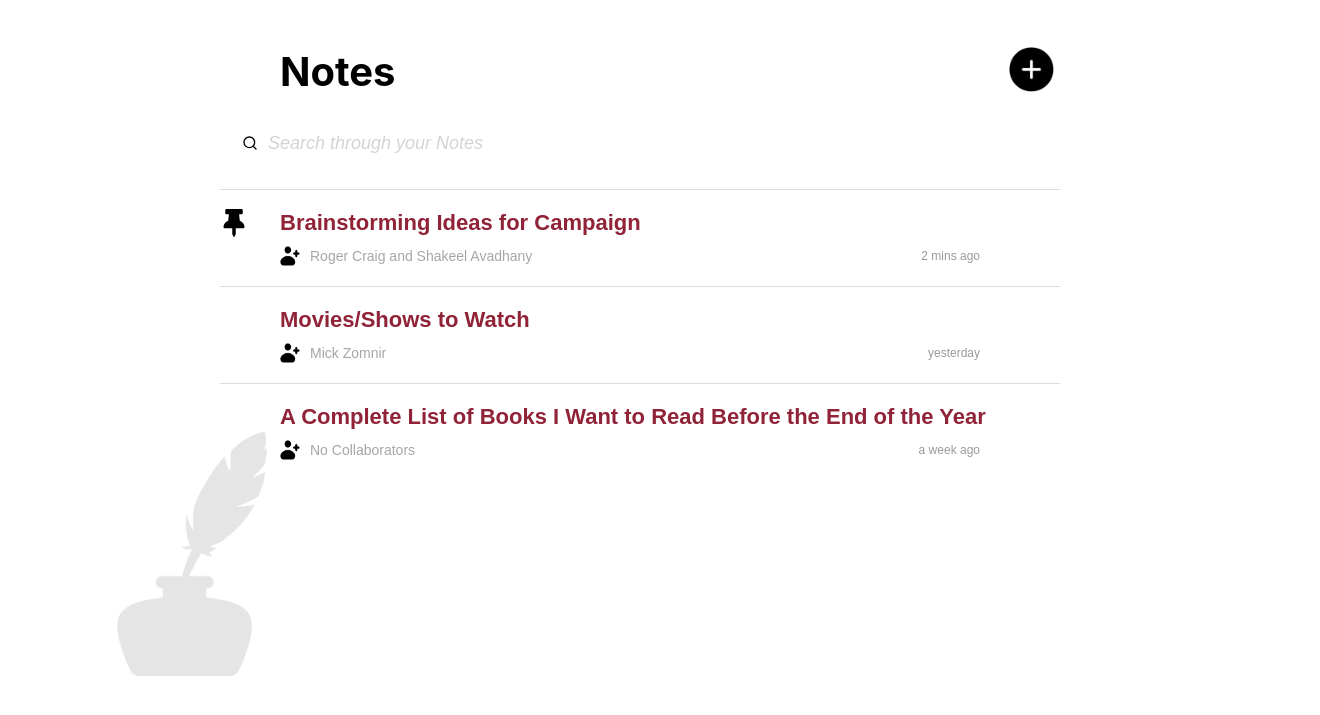
Repository: shabiasaeed/Notes-app
Page: /
An editor plug-in stored every save of this project. The page is shown before and after the next save, followed by the edit.
The browser window is 1280 px wide. The page is 1320 px wide, so the pictures cover 1320 px, including what lies to the right of the window. The pictures show the whole page.
The project was rebuilt for these pictures with package versions that can differ from the ones it lists, and the page was loaded fresh each time.

Above is the page before, as saved 2024-12-31 01:01:23.

### src/App.js
import React, { useState } from 'react';
import Header from './components/Header';
import Note from './components/Note';
import './App.css';
import backgroundInk from './assets/ink-background-element.png';
import { FaThumbtack } from 'react-icons/fa'

//Component to handle the rendering of the header and note compnents
function App() {
  // Displaying few static notes
  const [notes, notesList] = useState([
    {
      title: "Brainstorming Ideas for Campaign",
      author: "Roger Craig and Shakeel Avadhany",
      time: "2 mins ago",
      pinned: true
    },
    {
      title: "Movies/Shows to Watch",
      author: "Mick Zomnir",
      time: "yesterday",
      pinned: false
    },
    {
      title: "A Complete List of Books I Want to Read Before the End of the Year",
      author: "No Collaborators",
      time: "a week ago",
      pinned: false
    }
  ]);

  function handleDelete(title){
    notesList(notes.filter( note => note.title !== title))
  }

  function handlePinToggle(title){
    notesList(prevNotes => prevNotes.map(note => note.title === title ? { ...note, pinned: !note.pinned } : note));
  };

  // Search state
  const [searchNotes, setSearchNotes] = useState('');

  // Filter notes based on search
  const filteredNotes = notes.filter(note => note.title.toLowerCase().includes(searchNotes.toLowerCase()));

  // Pinned notes to appear at the top
  const sortedNotes = filteredNotes.sort((a, b) => b.pinned - a.pinned);

  return (
    <div className="App">
      <Header setSearchNotes={setSearchNotes}/>
      <main>
        <img src={backgroundInk} alt="Ink Element" className="ink-element"/>
        {sortedNotes.map((note, index) => (
          <Note key={index} title={note.title} author={note.author} time={note.time} pinned={note.pinned} onDelete={handleDelete} onPinToggle={handlePinToggle}/>
        ))}
      </main>
    </div>
  );
}

export default App;

### src/components/Header.js
import React from 'react';
import './Header.css';
import addButton from '../assets/add-button.png';
import { FiSearch } from 'react-icons/fi';

// Component to handle the display of the application's header section
const Header = ({ setSearchNotes }) => {
  return (
    <header className="header">
      <div className="header-top">
        <h1 className="title">Notes</h1>
        <button className="add-button">
          <img src={addButton} alt="Add"/>
        </button>
      </div>
      <div className="search-bar">
        <FiSearch className="search-icon" />
        <input type="text" placeholder="Search through your Notes" className="search-text" onChange={(e) => setSearchNotes(e.target.value)}/>
      </div>
    </header>
  );
};

export default Header;

### src/components/Note.js
import React, { useState } from 'react';
import './Note.css';
import userIcon from '../assets/user-icon.png';
import pinIconDark from '../assets/pin-icon-dark.png';
import pinIconLight from '../assets/pin-icon-light.png';
import { FiTrash } from 'react-icons/fi';
import { FaThumbtack } from 'react-icons/fa'; // Filled thumbtack
import { TbPinned } from 'react-icons/tb'; // Unfilled thumbtack

//Component to handle the display of the note's section
const Note = ({ title, author, time, pinned, onDelete, onPinToggle }) => {
  const [isHovered, setIsHovered] = useState(false); //State for checking whether the note is hovered


  return (
    <div className="note" onMouseEnter={() => setIsHovered(true)} onMouseLeave={() => setIsHovered(false)}>
      <div className={`note-header ${pinned ? 'pinned' : 'unpinned'}`}>
      {pinned ? (<FaThumbtack className="pin-icon" onClick={() => onPinToggle(title)}/>) : (isHovered && (<TbPinned className="pin-icon" onClick={() => onPinToggle(title)}/>))}
        <h2>{title}</h2>
        {isHovered && (<FiTrash className="delete-icon" onClick={() => onDelete(title)}/>)}
      </div>
      <div className="note-footer">
        <img src={userIcon} alt="User" className="user-icon"/>
        <p>{author}</p>
        <span>{time}</span>
      </div>
    </div>
  );
};

export default Note;

### src/App.css
main {
  padding: 5px;
  position: relative;
  display: flex;
  flex-direction: column;
  align-items: center;
  font-family: Arial, sans-serif;
}

/* Styling for background element */
.ink-element {
  position: fixed;
  top: 60%;
  left: 15%;
  transform: translateX(-50%);
  z-index: -1;
  width: 150px;
}

### src/components/Header.css
/* Styling for the header container */
.header {
    padding: 20px;
    background-color: #fff;
    width: 100%;
    display: flex;
    flex-direction: column;
    align-items: center;
}

.header-top {
    display: flex;
    align-items: center;
    justify-content: space-between;
    width: 100%;
    max-width: 800px;
}

.title {
    font-size: 40px;
    color: #000;
    padding-left: 20px;
}

/* Styling for the search feature */
.search-bar input::placeholder {
    color: #d3d3d3;
}

.search-bar {
    display: flex;
    align-items: center;
    width: 100%;
    justify-content: center;
}

.search-bar img {
    margin-right: 10px;
}

.search-bar input {
    border: none;
    outline: none;
    padding: 10px;
    font-size: 18px;
    font-style: italic;
    flex-grow: 1;
    max-width: 800px;
}

/* Styling for the add button */
.add-button {
    background: none;
    border: none;
    cursor: pointer;
}

.add-button img {
    width: 45px;
    height: 45px;
}

### src/components/Note.css
/* Styling for notes */
.note {
    padding: 20px;
    border-top: 1px solid #ddd;
    position: relative;
    display: flex;
    flex-direction: column;
    width: 100%;
    max-width: 800px;
    margin: 0 auto;
}

.note-header {
    display: flex;
    align-items: center;
    padding-left: 30px;
}

.note-header h2 {
    margin: 0 0 0 10px;
    font-size: 22px;
    color: #912338;
}

.pin-icon {
    width: 28px;
    height: 28px;
    position: absolute;
    left: 0;
    cursor: pointer;
}

.note-footer {
    display: flex;
    align-items: center;
    margin-top: 10px;
    padding-left: 40px;
    position: relative;
}

.note-footer img {
    width: 20px;
    height: 20px;
    margin-right: 10px;
}

.note-footer p {
    margin: 0;
    font-size: 14px;
    color: #a6a6a6;
}

.note-footer span {
    margin-left: auto;
    font-size: 12px;
    color: #999;
    margin-right: 60px;
}

/* Styling for delete icon */
.delete-icon {
    cursor: pointer;
    position: absolute;
    right: 10px;
}

Loaded but not shown: public/index.html (common file); src/index.js (common file); src/index.css (common file); src/reportWebVitals.js (common file)

After the next save:
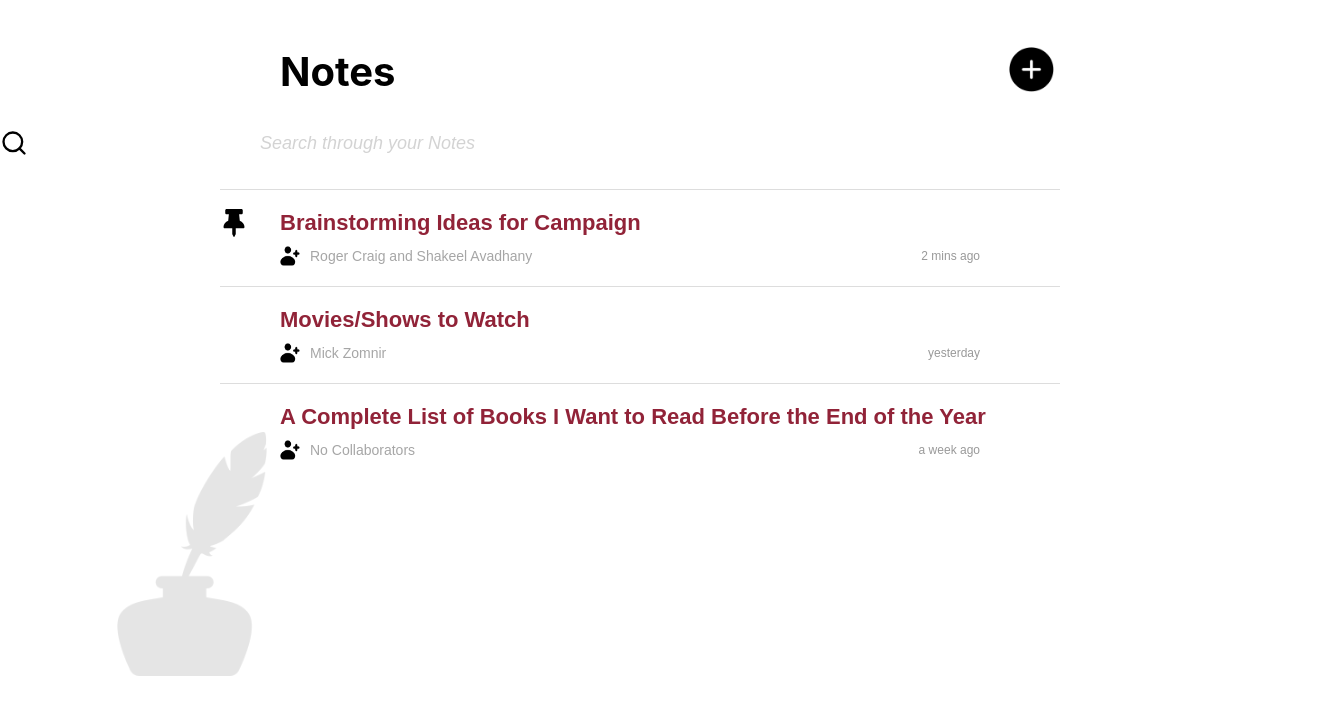
Saved 72 s later.
--- a/src/components/Header.css
+++ b/src/components/Header.css
@@ -59,3 +59,11 @@
     width: 45px;
     height: 45px;
 }
+
+.search-icon {
+    width: 28px;
+    height: 28px;
+    position: absolute;
+    left: 0;
+    cursor: pointer;
+}
